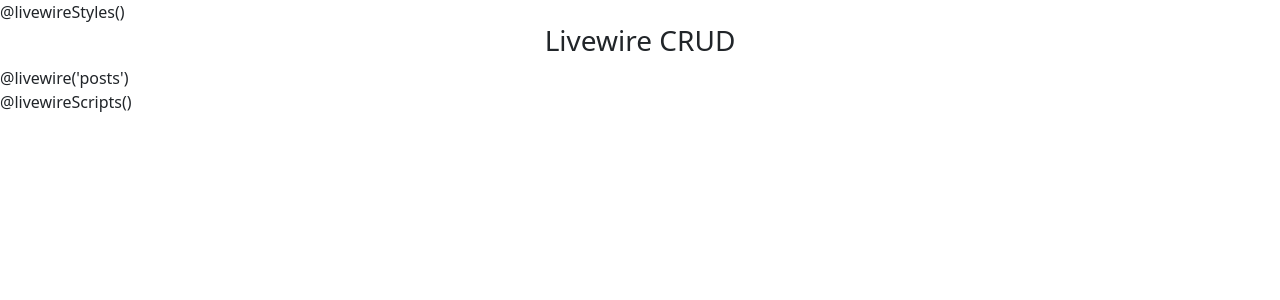
Repository: rkrukshan/Laravel-CRUD-with-Livewire-V-3.0
Page: http://localhost/
An editor plug-in stored every save of this project. The page is shown before and after the next save, followed by the edit.
The browser window is 1280 px wide. The pictures show the whole page.
The page is served by the project's Laravel application, run on PHP 8.4 with Laravel 10. Other server files are loaded and not shown.

Above is the page before, as saved 2023-11-13 00:17:26.

### app/Providers/AppServiceProvider.php
<?php

namespace App\Providers;

use Illuminate\Support\Facades\Schema;
use Illuminate\Support\ServiceProvider;

class AppServiceProvider extends ServiceProvider
{
    /**
     * Register any application services.
     */
    public function register(): void
    {
        //
    }

    /**
     * Bootstrap any application services.
     */
    public function boot(): void
    {
        Schema::defaultStringLength('191');
    }
}

### resources/views/welcome.blade.php
<!doctype html>
<html lang="en">

<head>
    <meta charset="utf-8">
    <meta name="viewport" content="width=device-width, initial-scale=1">
    <title>Livewire CRUD</title>
    <link href="https://cdn.jsdelivr.net/npm/bootstrap@5.3.2/dist/css/bootstrap.min.css" rel="stylesheet"
        integrity="sha384-T3c6CoIi6uLrA9TneNEoa7RxnatzjcDSCmG1MXxSR1GAsXEV/Dwwykc2MPK8M2HN" crossorigin="anonymous">
    @livewireStyles()
</head>

<body>
    <div>
        <center>
            <h3>Livewire CRUD</h3>
        </center>
        @livewire('posts')
    </div>
    <script src="https://cdn.jsdelivr.net/npm/bootstrap@5.3.2/dist/js/bootstrap.bundle.min.js"
        integrity="sha384-C6RzsynM9kWDrMNeT87bh95OGNyZPhcTNXj1NW7RuBCsyN/o0jlpcV8Qyq46cDfL" crossorigin="anonymous">
    </script>
    @livewireScripts()

</body>

</html>

Loaded but not shown: routes/web.php (common file)

After the next save:
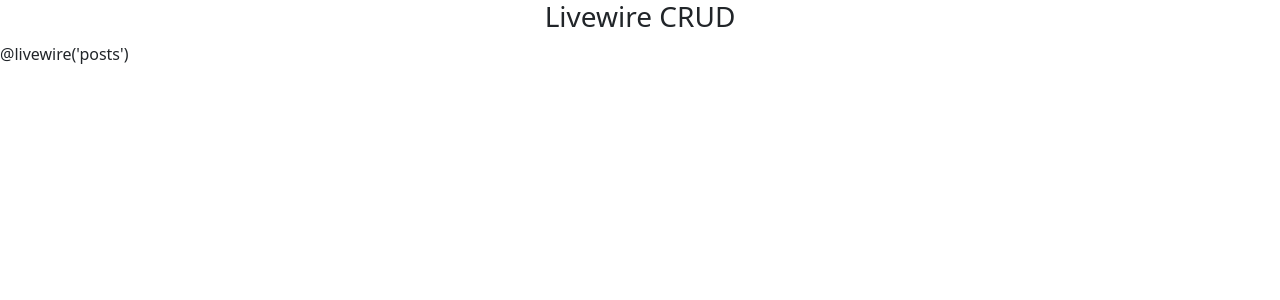
Saved 3 min 58 s later.
--- a/resources/views/welcome.blade.php
+++ b/resources/views/welcome.blade.php
@@ -7,7 +7,7 @@
     <title>Livewire CRUD</title>
     <link href="https://cdn.jsdelivr.net/npm/bootstrap@5.3.2/dist/css/bootstrap.min.css" rel="stylesheet"
         integrity="sha384-T3c6CoIi6uLrA9TneNEoa7RxnatzjcDSCmG1MXxSR1GAsXEV/Dwwykc2MPK8M2HN" crossorigin="anonymous">
-    @livewireStyles()
+    {{--  @livewireStyles()  --}}
 </head>
 
 <body>
@@ -20,7 +20,7 @@
     <script src="https://cdn.jsdelivr.net/npm/bootstrap@5.3.2/dist/js/bootstrap.bundle.min.js"
         integrity="sha384-C6RzsynM9kWDrMNeT87bh95OGNyZPhcTNXj1NW7RuBCsyN/o0jlpcV8Qyq46cDfL" crossorigin="anonymous">
     </script>
-    @livewireScripts()
+    {{--  @livewireScripts()  --}}
 
 </body>
 

After the save that followed:
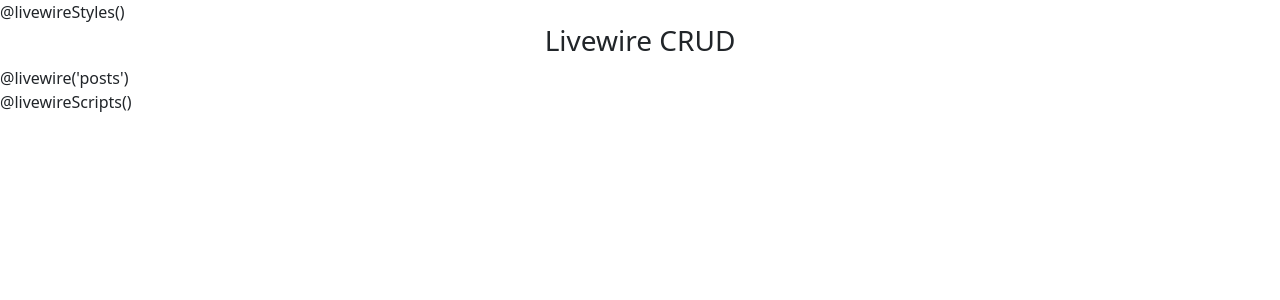
Saved 30 s later.
--- a/resources/views/welcome.blade.php
+++ b/resources/views/welcome.blade.php
@@ -7,7 +7,7 @@
     <title>Livewire CRUD</title>
     <link href="https://cdn.jsdelivr.net/npm/bootstrap@5.3.2/dist/css/bootstrap.min.css" rel="stylesheet"
         integrity="sha384-T3c6CoIi6uLrA9TneNEoa7RxnatzjcDSCmG1MXxSR1GAsXEV/Dwwykc2MPK8M2HN" crossorigin="anonymous">
-    {{--  @livewireStyles()  --}}
+    @livewireStyles()
 </head>
 
 <body>
@@ -20,7 +20,7 @@
     <script src="https://cdn.jsdelivr.net/npm/bootstrap@5.3.2/dist/js/bootstrap.bundle.min.js"
         integrity="sha384-C6RzsynM9kWDrMNeT87bh95OGNyZPhcTNXj1NW7RuBCsyN/o0jlpcV8Qyq46cDfL" crossorigin="anonymous">
     </script>
-    {{--  @livewireScripts()  --}}
+    @livewireScripts()
 
 </body>
 
